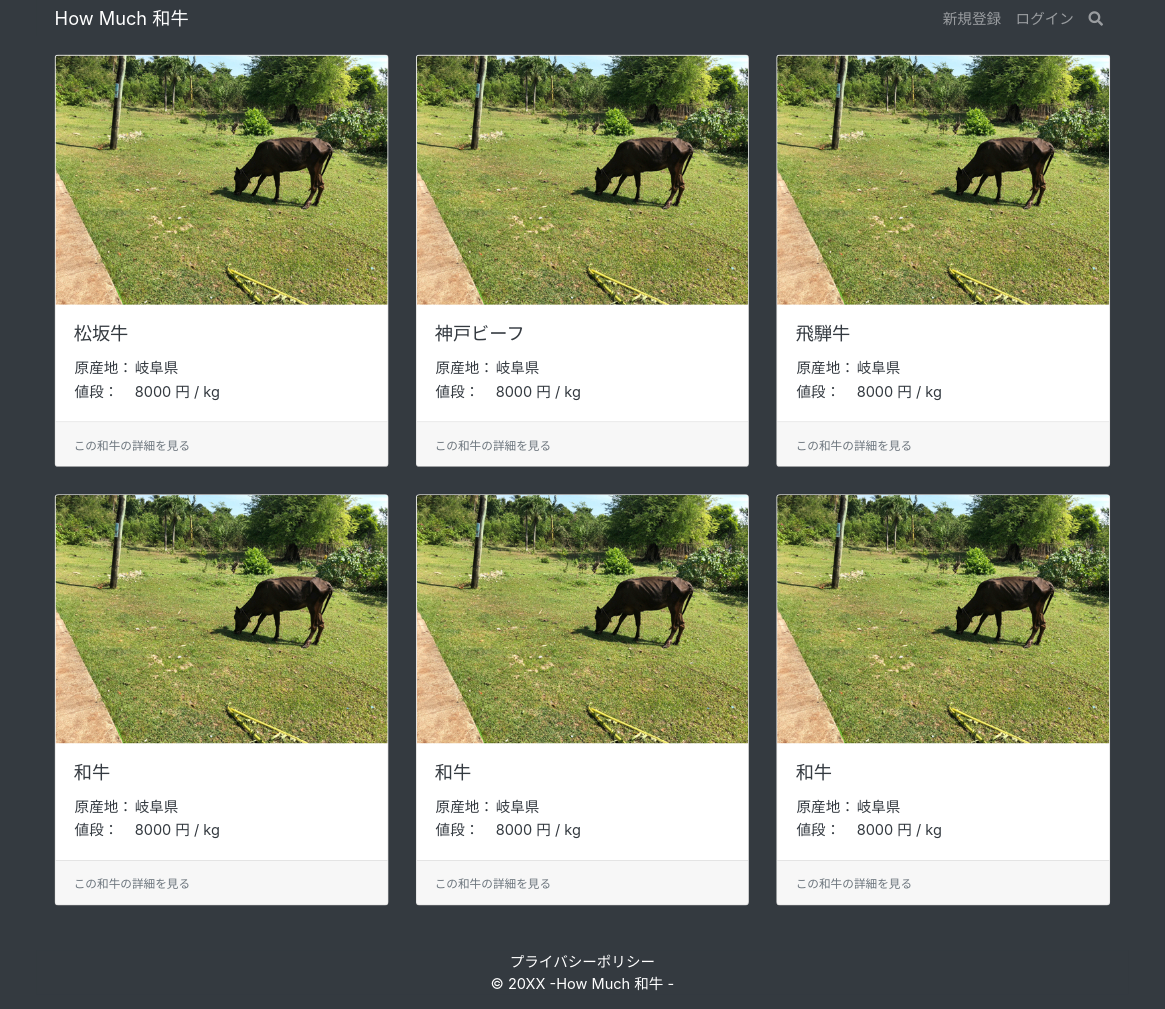
Repository: OdaniRyuya/wagyu_price
Page: index.html
These files come from the project's save history. The page is drawn as it stood at one moment and after the next save; the edit follows.
The browser window is 1280 px wide. The pictures show the whole page, at 91% of full size.
Some web libraries are served in a nearby version.

Above is the page before, as saved 2022-12-01 12:57:27.

### index.html
<!DOCTYPE html>
<html>

<head>
  <title></title>
  <meta charset="utf-8">
  <meta discription="">
  <meta name="viewport" content="width=device-width, initial-scale=1, shrink-to-fit=no">
  <link href="css/bootstrap.min.css" rel="stylesheet">
  <link href="https://use.fontawesome.com/releases/v5.0.6/css/all.css" rel="stylesheet">
  <link rel="stylesheet" type="text/css" href="css/style.css">
</head>

<body>
  <nav class="navbar navbar-expand-sm bg-dark navbar-dark fixed-top content-width">
    <span class="navbar-brand mr-auto navbar-brand-center">How Much 和牛</span>
    <ul class="navbar-nav">
      <li class="nav-item d-none d-sm-block">
        <a class="nav-link" href="#">新規登録</a>
      </li>
      <li class="nav-item">
        <a class="nav-link" href="#">ログイン</a>
      </li>
      <li class="nav-item d-none d-sm-block">
        <a class="nav-link" href="#" data-toggle="modal" data-target="#search-studio"><i class="fas fa-search"></i></a>
      </li>
    </ul>
  </nav>
  <main class="container-fluid content-width result">
    <div class="card-deck row">
      <a href="#" class="card">
        <img class="card-img-top" src="img/ph_beaf.jpg">
        <div class="card-body">
          <h5 class="card-title">松坂牛</h5>
          <table>
            <tr>
              <td>原産地： </td>
              <td>岐阜県</td>
            </tr>
            <tr>
              <td>値段： </td>
              <td>8000 円 / kg</td>
            </tr>
          </table>
        </div>
        <div class="card-footer">
          <small class="text-muted">この和牛の詳細を見る</small>
        </div>
      </a>
      <a href="#" class="card">
        <img class="card-img-top" src="img/ph_beaf.jpg">
        <div class="card-body">
          <h5 class="card-title">神戸ビーフ</h5>
          <table>
            <tr>
              <td>原産地： </td>
              <td>岐阜県</td>
            </tr>
            <tr>
              <td>値段： </td>
              <td>8000 円 / kg</td>
            </tr>
          </table>
        </div>
        <div class="card-footer">
          <small class="text-muted">この和牛の詳細を見る</small>
        </div>
      </a>
      <a href="#" class="card">
        <img class="card-img-top" src="img/ph_beaf.jpg">
        <div class="card-body">
          <h5 class="card-title">飛騨牛</h5>
          <table>
            <tr>
              <td>原産地： </td>
              <td>岐阜県</td>
            </tr>
            <tr>
              <td>値段： </td>
              <td>8000 円 / kg</td>
            </tr>
          </table>
        </div>
        <div class="card-footer">
          <small class="text-muted">この和牛の詳細を見る</small>
        </div>
      </a>
    </div>
    <div class="card-deck row">
      <a href="#" class="card">
        <img class="card-img-top" src="img/ph_beaf.jpg">
        <div class="card-body">
          <h5 class="card-title">和牛</h5>
          <table>
            <tr>
              <td>原産地： </td>
              <td>岐阜県</td>
            </tr>
            <tr>
              <td>値段： </td>
              <td>8000 円 / kg</td>
            </tr>
          </table>
        </div>
        <div class="card-footer">
          <small class="text-muted">この和牛の詳細を見る</small>
        </div>
      </a>
      <a href="#" class="card">
        <img class="card-img-top" src="img/ph_beaf.jpg">
        <div class="card-body">
          <h5 class="card-title">和牛</h5>
          <table>
            <tr>
              <td>原産地： </td>
              <td>岐阜県</td>
            </tr>
            <tr>
              <td>値段： </td>
              <td>8000 円 / kg</td>
            </tr>
          </table>
        </div>
        <div class="card-footer">
          <small class="text-muted">この和牛の詳細を見る</small>
        </div>
      </a>
      <a href="#" class="card">
        <img class="card-img-top" src="img/ph_beaf.jpg">
        <div class="card-body">
          <h5 class="card-title">和牛</h5>
          <table>
            <tr>
              <td>原産地： </td>
              <td>岐阜県</td>
            </tr>
            <tr>
              <td>値段： </td>
              <td>8000 円 / kg</td>
            </tr>
          </table>
        </div>
        <div class="card-footer">
          <small class="text-muted">この和牛の詳細を見る</small>
        </div>
      </a>
    </div>
  </main>
  <footer class="content-width">
    <a href="#">プライバシーポリシー</a>
    <p>&copy; 20XX -How Much 和牛 -</p>
  </footer>
  <div class="modal fade" id="search-studio" tabindex="-1" role="dialog" aria-labelledby="serach-studioLabel"
    aria-hidden="true">
    <div class="modal-dialog modal-dialog-centered" role="document">
      <div class="modal-content">
        <div class="modal-header">
          <h5 class="modal-title" id="serach-studioLabel">条件で和牛を探す</h5>
          <button class="close" data-dismiss="modal" aria-label="close"></button>
        </div>
        <div class="modal-body">
          <form action="" method="GET">
            <div class="form-group">
              <label for="message-text">1kgあたりの料金</label>
              <select class="custom-select" name="price">
                <option selected>指定しない</option>
                <option value="3000">〜3000円</option>
                <option value="5000">〜5000円</option>
                <option value="7000">〜7000円</option>
                <option value="10000">10000円以上</option>
              </select>
            </div>
            <div class="form-group">
              <label for="message-text">種類で選ぶ</label>
              <select class="custom-select" name="area">
                <option selected>指定しない</option>
                <option value="3">松坂牛</option>
                <option value="4">米沢牛</option>
                <option value="5">宮崎牛</option>
                <option value="6">近江牛</option>
                <option value="7">仙台牛</option>
                <option value="8">飛騨牛</option>
                <option value="9">神戸ビーフ</option>
              </select>
            </div>
            <div class="submit-center">
              <button type="submit" class="btn btn-lg submit-color">
                検索する
              </button>
            </div>
          </form>
        </div>
      </div>
    </div>
  </div>
  <script src="js/jquery-3.3.1.min.js"></script>
  <script src="js/bootstrap.bundle.min.js"></script>
  <script src="js/main.js"></script>
</body>

</html>

Loaded but not shown: css/bootstrap.min.css (library); css/style.css (common file); js/jquery-3.3.1.min.js (library); js/bootstrap.bundle.min.js (library); js/main.js (no stored copy; drawn as an empty file)

After the next save:
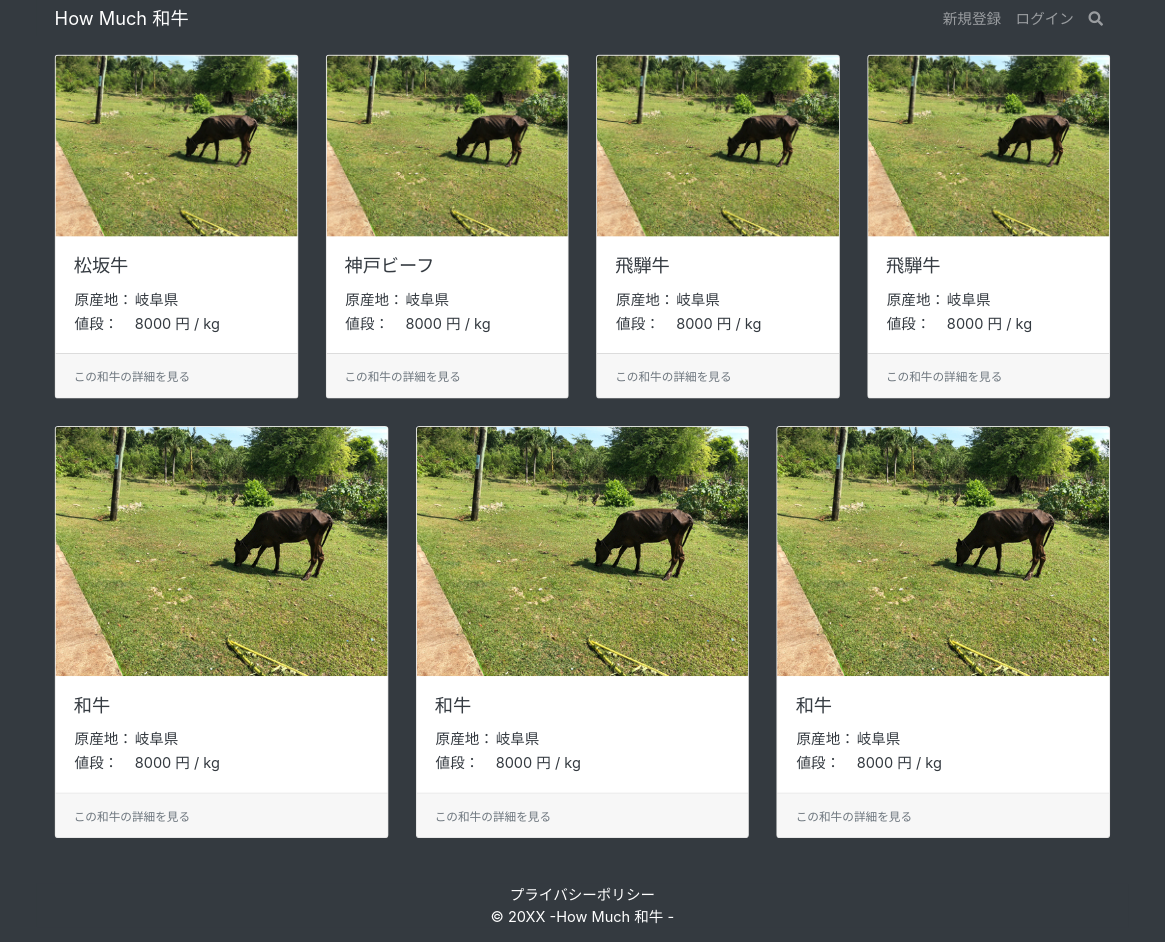
Saved 2 h 29 min later.
--- a/index.html
+++ b/index.html
@@ -67,6 +67,25 @@
         </div>
       </a>
       <a href="#" class="card">
+        <img class="card-img-top" src="img/ph_beaf.jpg">
+        <div class="card-body">
+          <h5 class="card-title">飛騨牛</h5>
+          <table>
+            <tr>
+              <td>原産地： </td>
+              <td>岐阜県</td>
+            </tr>
+            <tr>
+              <td>値段： </td>
+              <td>8000 円 / kg</td>
+            </tr>
+          </table>
+        </div>
+        <div class="card-footer">
+          <small class="text-muted">この和牛の詳細を見る</small>
+        </div>
+      </a>
+            <a href="#" class="card">
         <img class="card-img-top" src="img/ph_beaf.jpg">
         <div class="card-body">
           <h5 class="card-title">飛騨牛</h5>
